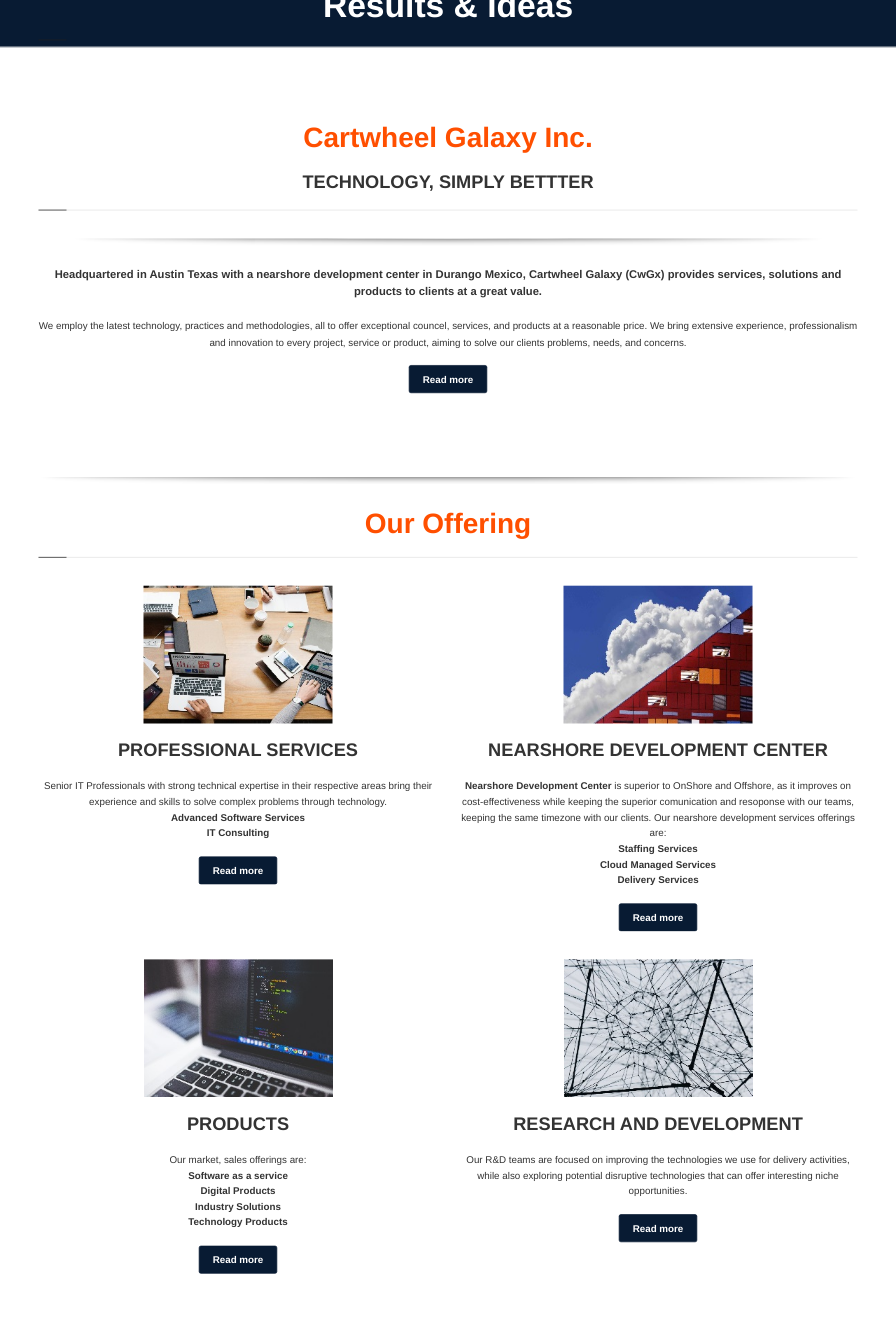
Repository: g-tecio/cwgx.io
Page: index.html
The author's editor kept a record of every edit. The page is drawn from the files as they stood at one moment, then again after the next edit.
The browser window is 1280 px wide. The pictures show the part of the page from y = 351 to 2271 px (the page is 4266 px tall before and 4284 px after), at 70% of full size.

Above is the page before.

After the next edit:
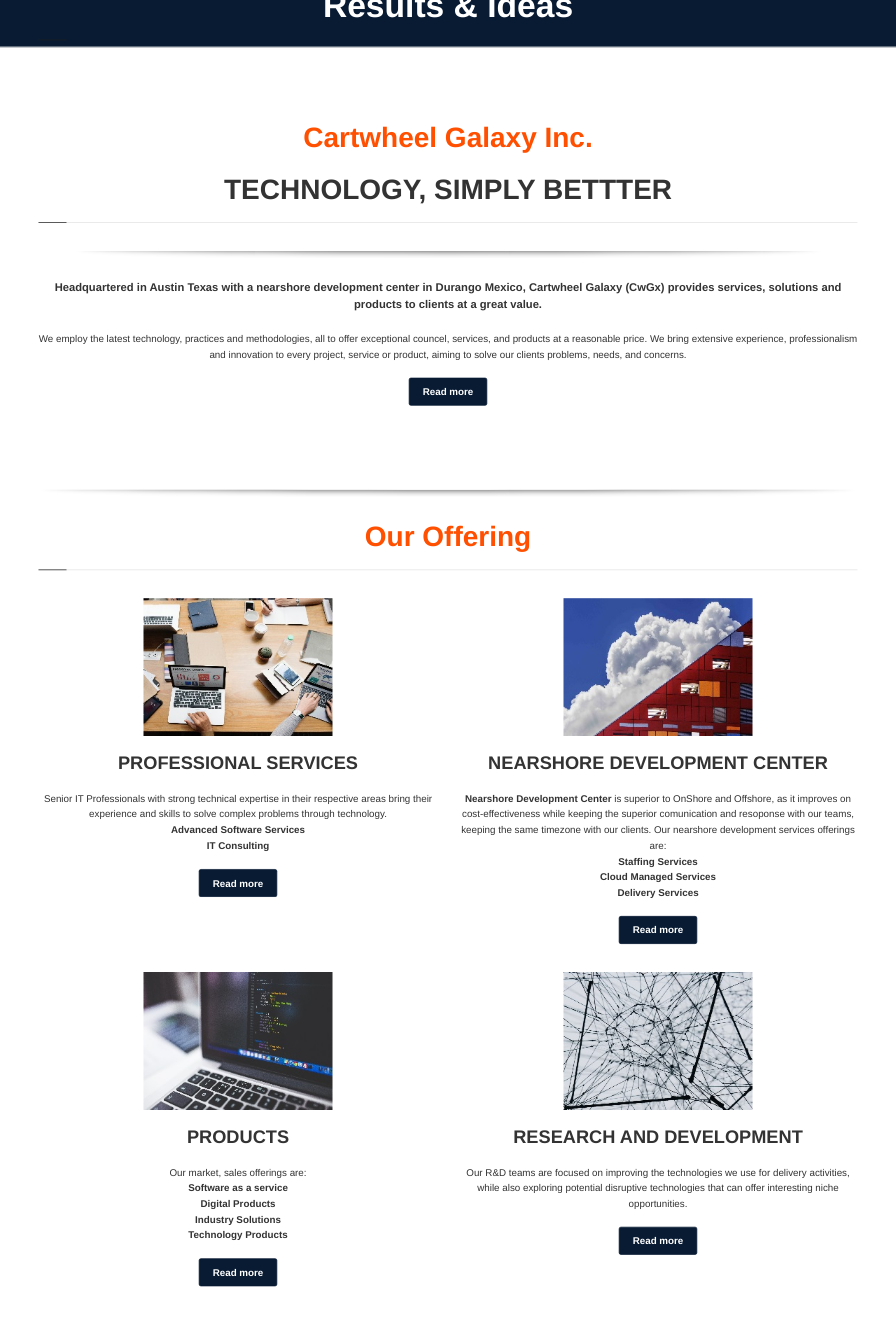
The edit:
--- a/index.html
+++ b/index.html
@@ -133,7 +133,7 @@
 					<div class="container">
 						<div class="title-box" style="text-align:center;">
 							<h2 style="color: #ff4f00"> Cartwheel Galaxy Inc.</h2>
-							<h4 class="subtitle">TECHNOLOGY, SIMPLY BETTTER</h4>
+							<h2 class="subtitle">TECHNOLOGY, SIMPLY BETTTER</h2>
 						</div>
 						<hr class="shadow">
 
